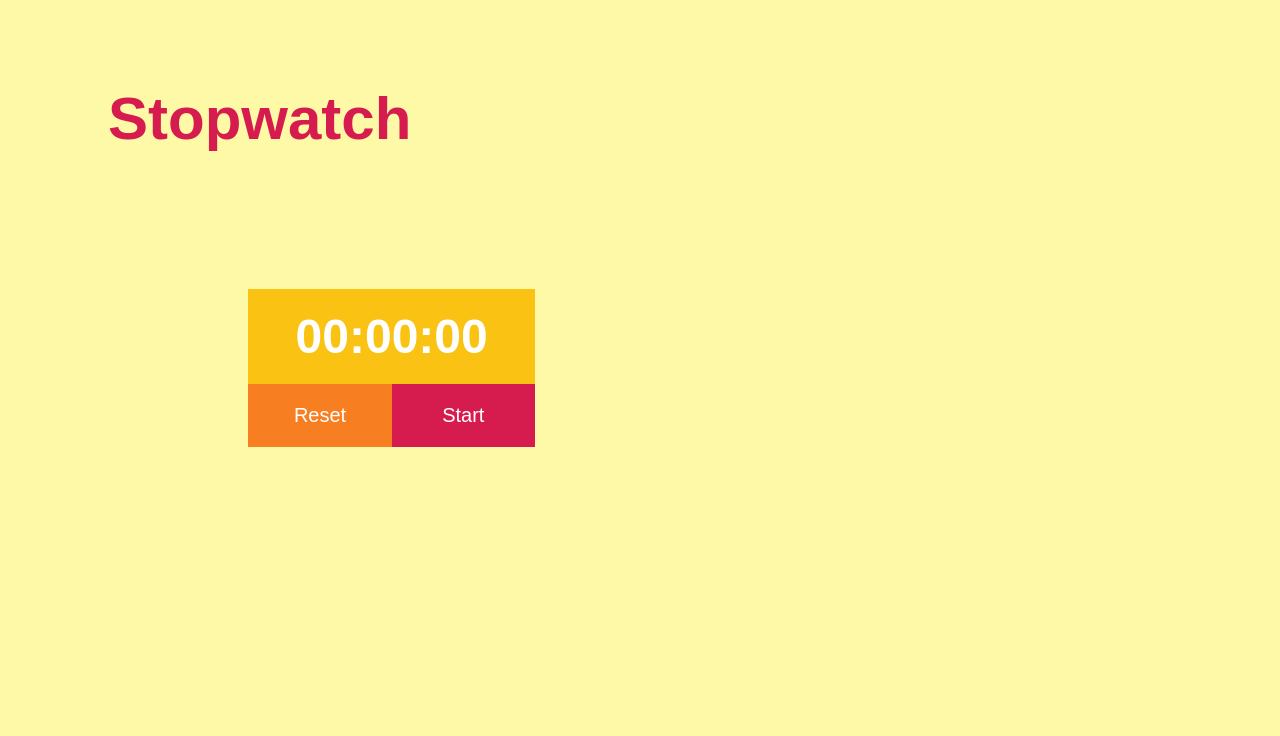
Repository: pilar122/stopwatch
Page: index.html
An editor plug-in stored every save of this project. The page is shown before and after the next save, followed by the edit.
The browser window is 1280 px wide. The pictures show the whole page.

Above is the page before, as saved 2022-06-19 13:11:05.

### index.html
<!DOCTYPE html>
<html>
    <head>
        <title>
            Stopwatch
        </title>
        <link href="stopwatch.css" rel="stylesheet">
        <script src="stopwatch.js"></script>
    </head>

    <div class="header">
        <h1>Stopwatch</h1>
    </div>

    <body>

        <div id="stopwatch">
            <!--CURRENT TIME-->
            <div id="sw-time">00:00:00</div> <!-- sw is the time display-->

            <!--CONTROLS-->
            <input type="button" value="Reset" id="sw-rst" disabled/> <!--sw-rst is the reset button * and the disabled means that the buttons are at the moment-->
            <input type="button" value="Start" id="sw-go" disabled/> <!--sw-go is the start & stop button-->
        </div>
    </body>
</html>

### stopwatch.css
/* (A) CONTAINER */
#stopwatch {
    display: flex;
    flex-wrap: wrap;
    max-width: 400px;
    margin: 0 auto;
  }

  /* (B) TIME */
  #sw-time {
    width: 100%;
    padding: 20px 0;
    font-size: 48px;
    font-weight: bold;
    text-align: center;
    background: #FAC213;
    color: #fff;
  }

  /* (C) BUTTONS */
  #sw-rst, #sw-go {
    box-sizing: border-box;
    width: 50%;
    cursor: pointer;
    padding: 20px 0;
    border: 0;
    color: #fff;
    font-size: 20px;
  }
  #sw-rst { background-color: #F77E21; }
  #sw-go { background-color: #D61C4E; }

  /* (X) DOES NOT MATTER */
  /* PAGE & BODY */
  body {
    display: flex;
    align-items: center; justify-content: center;
    min-height: 100vh;
    background: #FEF9A7;
    background-repeat: no-repeat;
    background-position: center;
    background-size: cover;
  }
  * { font-family: arial, sans-serif; }

  /* WIDGET */
  .widget-wrap {
    min-width: 450px;
    padding: 30px;
    border-radius: 20px;
    background: rgba(255, 255, 255, 0.4);
  }

  .header {
    padding: 100px;
    text-align: center;
    color: #D61C4E;
    font-size: 30px;
    margin-top: -500px;
    margin-right: -1000px;
  }

  /* HEADER */
  h1 { text-align: center; }
  #code-boxx {
    width: 100%;
    margin-top: 30px;
    text-align: center;
  }

  /* FOOTER */
  #code-boxx {
    font-weight: 600;
    margin-top: 30px;
  }
  #code-boxx a {
    display: inline-block;
    padding: 5px;
    text-decoration: none;
    background: #d3adad;
    color: #fff;
  }

### stopwatch.js
var sw = {
    // (A) PROPERTIES
    etime : null, // html time display
    erst : null, // html reset button
    ego : null, // html start/stop button
    timer : null, // timer object
    now : 0, // current elapsed time

    // (B) INITIALIZE
    init : () => {
      // (B1) GET HTML ELEMENTS
      sw.etime = document.getElementById("sw-time");
      sw.erst = document.getElementById("sw-rst");
      sw.ego = document.getElementById("sw-go");

      // (B2) ENABLE BUTTON CONTROLS
      sw.erst.onclick = sw.reset;
      sw.ego.onclick = sw.start;
      sw.erst.disabled = false;
      sw.ego.disabled = false;
    },

    // (C) START!
    start : () => {
      sw.timer = setInterval(sw.tick, 1000);
      sw.ego.value = "Stop";
      sw.ego.onclick = sw.stop;
    },

    // (D) STOP
    stop : () => {
      clearInterval(sw.timer);
      sw.timer = null;
      sw.ego.value = "Start";
      sw.ego.onclick = sw.start;
    },

    // (E) TIMER ACTION
    tick : () => {
      // (E1) CALCULATE HOURS, MINS, SECONDS
      sw.now++;
      let hours = 0, mins = 0, secs = 0,
      remain = sw.now;
      hours = Math.floor(remain / 3600);
      remain -= hours * 3600;
      mins = Math.floor(remain / 60);
      remain -= mins * 60;
      secs = remain;

      // (E2) UPDATE THE DISPLAY TIMER
      if (hours<10) { hours = "0" + hours; }
      if (mins<10) { mins = "0" + mins; }
      if (secs<10) { secs = "0" + secs; }
      sw.etime.innerHTML = hours + ":" + mins + ":" + secs;
    },

    // (F) RESET
    reset : () => {
      if (sw.timer != null) { sw.stop(); }
      sw.now = -1;
      sw.tick();
    }
  };
  window.addEventListener("load", sw.init);

After the next save:
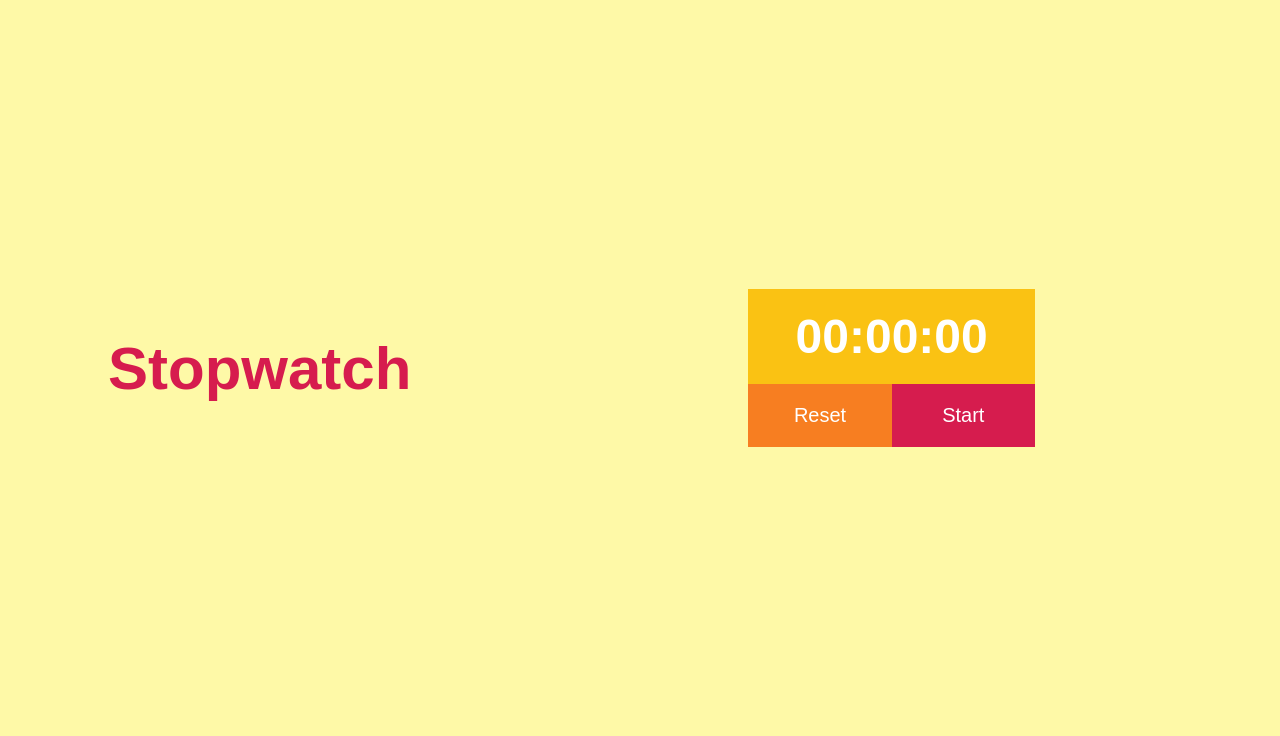
Saved 102 s later.
--- a/stopwatch.css
+++ b/stopwatch.css
@@ -56,8 +56,9 @@
     text-align: center;
     color: #D61C4E;
     font-size: 30px;
-    margin-top: -500px;
-    margin-right: -1000px;
+    margin: 0px;
+    /*margin-top: -500px;
+    margin-right: -1000px; */
   }
 
   /* HEADER */
